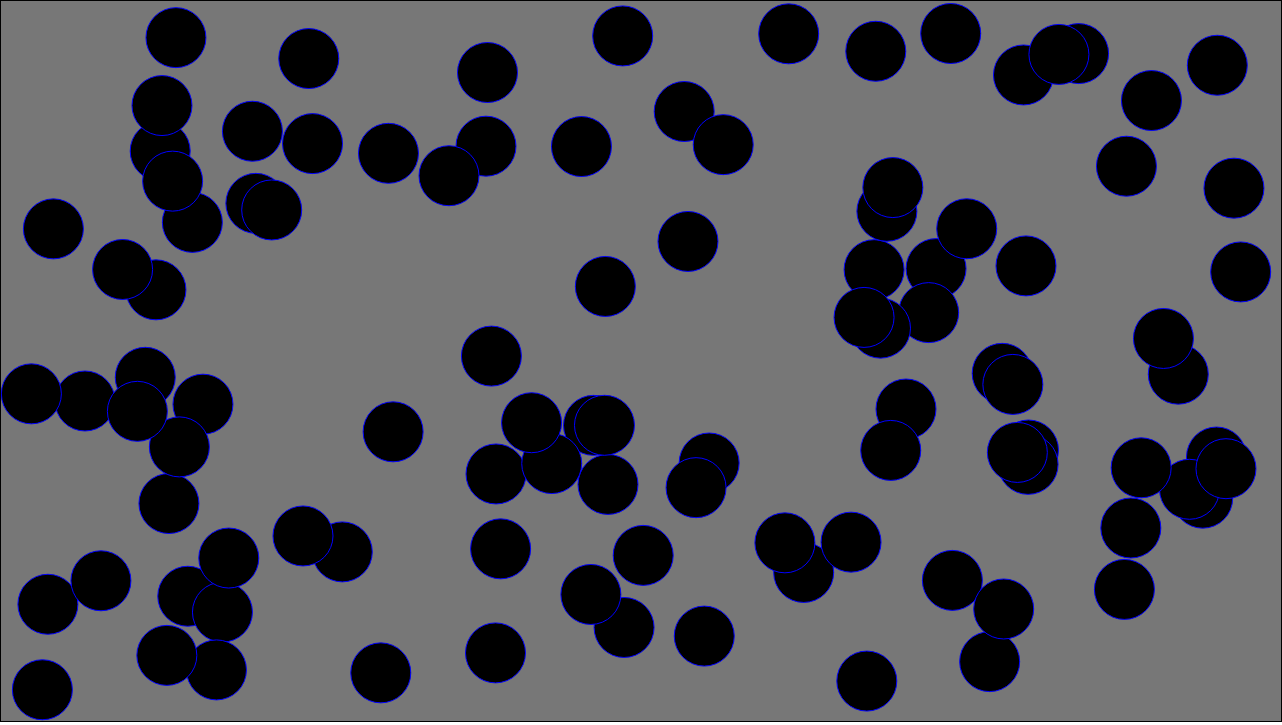
Repository: tenlekdan/particle-effect
Page: inidex.html
An editor plug-in stored every save of this project. The page is shown before and after the next save, followed by the edit.
The browser window is 1280 px wide. The page is 1282 px wide, so the pictures cover 1282 px, including what lies to the right of the window. The pictures show the whole page.

Above is the page before, as saved 2019-12-26 22:59:48.

After the next save:
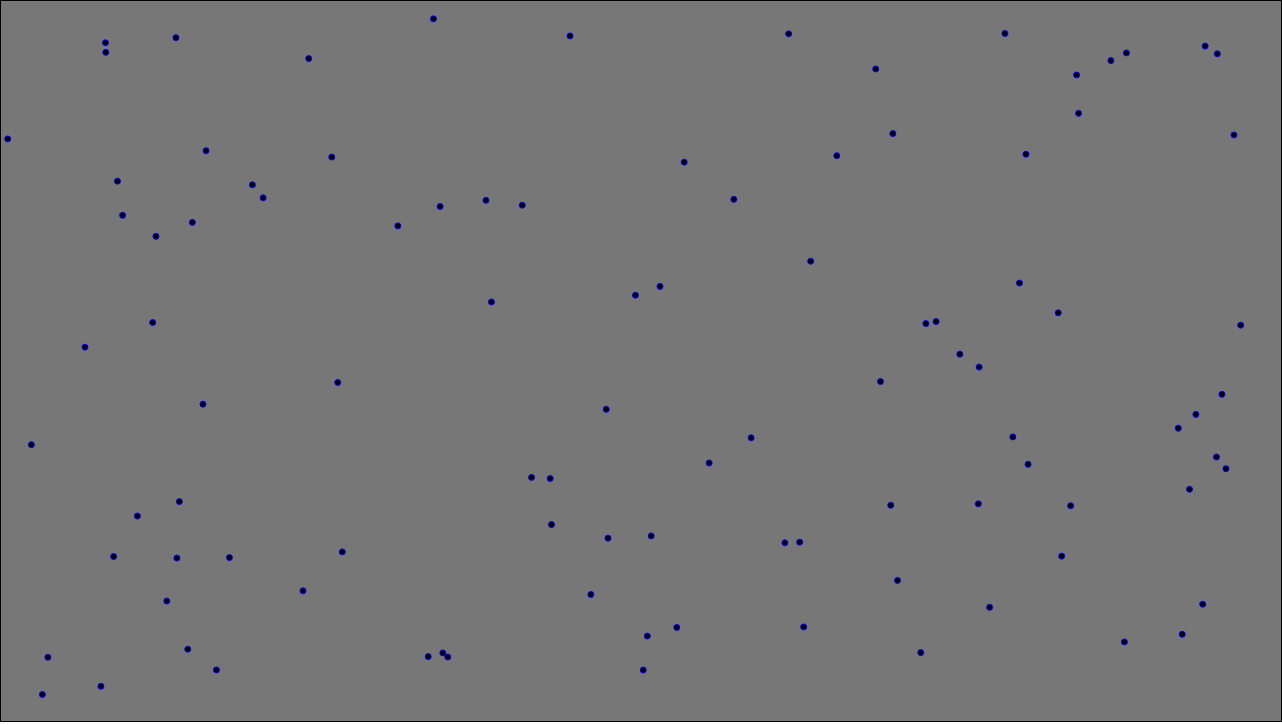
Saved 104 s later.
--- a/canvas.js
+++ b/canvas.js
@@ -21,13 +21,14 @@
         y: undefined
     }
 
-    window.addEventListener('mousemove', function(event){
+    window.addEventListener('mousemove', function (event) {
         mouse.x = event.x;
         mouse.y = event.y;
     })
 
 
-
+    var maxRad = 50;
+    var minRad = 3;
     function Circle(x, y, dx, dy, radius) {
         this.x = x;
         this.y = y;
@@ -56,9 +57,13 @@
             this.y += this.dy;
 
             //interactivity
-            if(mouse.x - this.x < 50 && mouse.x - this.x >-50 &&
-                mouse.y - this.y < 50 && mouse.y - this.y> -50){
-                this.radius += 1;
+            if (mouse.x - this.x < 50 && mouse.x - this.x > -50 &&
+                mouse.y - this.y < 50 && mouse.y - this.y > -50) {
+                if (this.radius < maxRad)
+                    this.radius += 1;
+            }
+            else if (this.radius > minRad) {
+                this.radius -= 1;
             }
 
 
